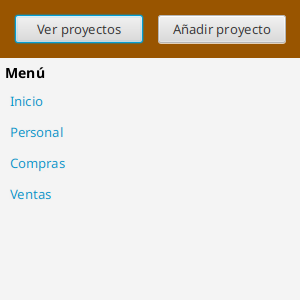
Repository: anxoportela/PROG
Program's window: java Java_Interfaz/ProyectoJavaFX/src/com/acarballeira/javaFX/ejemplo8/App.java
The author's editor kept a copy of each file at every save. The program's window is drawn from the files as they stood at one save, then again after the next save.
It runs on Java 21 on a 1366 x 768 screen with JavaFX 11; the title bar is not drawn.

Above is the program's window before, as saved 2020-03-05 20:04:37.

### Java_Interfaz/ProyectoJavaFX/src/com/acarballeira/javaFX/ejemplo8/App.java
package com.acarballeira.javaFX.ejemplo8;

import javafx.application.Application;
import javafx.geometry.Insets;
import javafx.geometry.Pos;
import javafx.scene.Scene;
import javafx.scene.control.Button;
import javafx.scene.control.Hyperlink;
import javafx.scene.control.Label;
import javafx.scene.layout.BorderPane;
import javafx.scene.layout.HBox;
import javafx.scene.layout.Pane;
import javafx.scene.layout.VBox;
import javafx.scene.paint.Color;
import javafx.scene.text.Font;
import javafx.scene.text.FontWeight;
import javafx.scene.text.Text;
import javafx.stage.Stage;

public class App extends Application {
	@Override
	public void start(Stage primaryStage) {

		primaryStage.setTitle("Ola Mundo!!!");

		BorderPane bp = new BorderPane();
		HBox hbox = (HBox) crearHbox();
		VBox vbox = (VBox) crearVbox();

		bp.setTop(hbox);
		bp.setLeft(vbox);
		hbox.setAlignment(Pos.CENTER);

		Scene primaryScene = new Scene(bp, 300, 300, Color.AQUA);
		primaryStage.setScene(primaryScene);
		primaryStage.show();

	}

	private Pane crearHbox() {
		HBox hbox = new HBox();
		Button btn1 = new Button("Ver proyectos");
		Button btn2 = new Button("Añadir proyecto");
		hbox.setPadding(new Insets(15, 15, 15, 15));
		hbox.setSpacing(15);
		hbox.setStyle("-fx-background-color: #995500");
		btn1.setPrefSize(130, 25);
		btn2.setPrefSize(130, 25);
		hbox.getChildren().addAll(btn1, btn2);
		return hbox;
	}

	private Pane crearVbox() {
		VBox vbox = new VBox();
		vbox.setSpacing(5);
		vbox.setPadding(new Insets(5));
		Text titulo = new Text("Menú");
		titulo.setFont(Font.font("Arial", FontWeight.BOLD, 14));
		vbox.getChildren().add(titulo);

		Hyperlink [] opciones = new Hyperlink[] {
				new Hyperlink("Inicio"),
				new Hyperlink("Personal"),
				new Hyperlink("Compras"),
				new Hyperlink("Ventas"),
		};

		for (int i = 0; i < opciones.length; i++) {
			vbox.getChildren().add(opciones[i]);
		}

		return vbox;
	}

	public static void main(String[] args) {
		Application.launch();
	}
}

After the next save:
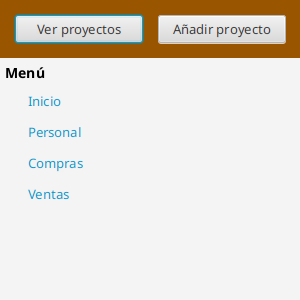
Saved 3 min 30 s later.
--- a/Java_Interfaz/ProyectoJavaFX/src/com/acarballeira/javaFX/ejemplo8/App.java
+++ b/Java_Interfaz/ProyectoJavaFX/src/com/acarballeira/javaFX/ejemplo8/App.java
@@ -66,6 +66,7 @@
 		};
 
 		for (int i = 0; i < opciones.length; i++) {
+			VBox.setMargin(opciones[i], new Insets(0,0,0,18));
 			vbox.getChildren().add(opciones[i]);
 		}
 
